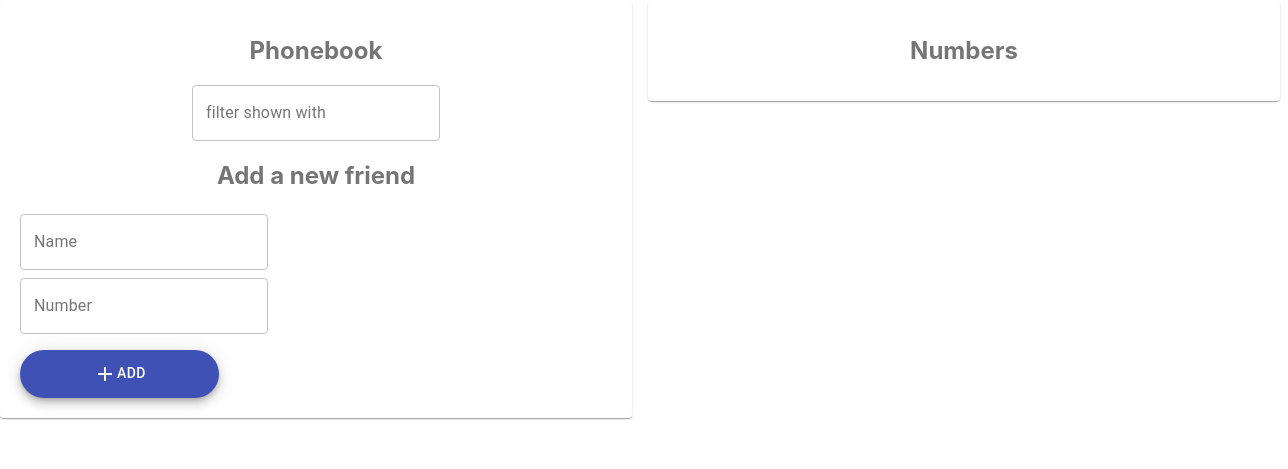
Repository: StacyLafume/phone-book
Page: / (app in phone-book/)
These files come from the project's save history. The page is drawn as it stood at one moment and after the next save; the edit follows.
The browser window is 1280 px wide. The page is 1288 px wide, then 1280 px, so the pictures cover 1288 px, including what lies to the right of the window. The pictures show the whole page.
The page's requests for data from a server got no answer. The project was rebuilt for these pictures with package versions that can differ from the ones it lists, and the page was loaded fresh each time. No one was signed in, and anything a server would have sent is missing. Also part of the build but not shown: phone-book/src/PhoneBook.js.

Above is the page before, as saved 2021-04-01 17:43:01.

### phone-book/src/App.js
import React, { useState, useEffect } from "react";
// importing a modual personsService
import personsService from "./Service/person";
import Filter from "./Filter";
import Notification from "./Notification";
import PersonForm from "./PersonForm";
import PhoneBook from "./PhoneBook";
import { makeStyles } from '@material-ui/core/styles';
import Paper from '@material-ui/core/Paper';
import Grid from '@material-ui/core/Grid';


const App = () => {
  const [persons, setPersons] = useState([]);
  const [newName, setNewName] = useState("");
  const [newNumber, setNewNumber] = useState("");
  const [showFilter, setshowFilter] = useState("");
  const [notification, setNotification] = useState(null);
  const [success, setSuccess] = useState(null);

  const useStyles = makeStyles((theme) => ({
    root: {
      flexGrow: 1,
    },
    paper: {
      padding: theme.spacing(2),
      justifyItems: 'center',
      color: theme.palette.text.secondary,
    },
  }));

  // show data on the screen
  useEffect(() => {
    personsService
      .getAll()
      .then(response => {
        setPersons(response);
      })
      .catch(error => showMessage("Could not retrieve data", false));
  }, []);

  const addNewName = e => {
    e.preventDefault();
    const personObject = {
      name: newName,
      number: newNumber
    };

    //console.log('persons.some(e => e.name === newName)',persons.some(e => e.name === newName))

    // if name is already in phone book return true and alert user
    if (persons.some(e => e.name === newName)) {

      // first name equal to that name
      let personId = persons.find(item => item.name === newName);

      // assigning whats in person obj to person id to update the entry
      let updatedEntry = Object.assign(personId, personObject);

      // alert the user  to update name  and / or  number
      if (
        window.confirm(
          `Do you want to update ${newName} with number ${newNumber}?`
        )
      ) {
        // based on the condition it will make put request to update
        personsService
          .update(personId.id, personObject)
          .then(() => {
            setPersons(
              // map through persons check if name is equal to new name
              //and either return updatedEntry or item
              persons.map(item => (item.name === newName ? updatedEntry : item))
            );
            // reset inputs
            setNewName("");
            setNewNumber("");
            // alert user of the changes
            showMessage(`User ${newName} phone number updated`);
          })
          .catch(error => {
            showMessage(
              `Update failed. User ${newName} has already been removed from the phone book.`,
              false
            );
            setPersons(persons.filter(n => n.name !== newName));
          });
      }
    } else {
      // if number is already in phone book return true and alert user
      if (persons.some(e => e.number === newNumber)) {
        showMessage(`# ${newNumber} is already in the phone book.`, false);
      } else {
        // check if inputs are empty and set show message
        if (newName === "" || newNumber === "") {
          showMessage(`The name and number must not be empty`, false);
        } else {
          // add personObject to the data base
          personsService
            .create(personObject)
            .then(returnedPerson => {
              setPersons(persons.concat(returnedPerson));
              // reset inputs
              setNewName("");
              setNewNumber("");
              // alert user
              showMessage(`User ${newName} has been added to the phone book`);
            })
            .catch(error => {
              console.log(error.response.data.error)
              return showMessage(
                `Failed to add number. More about error: ${error.response.data.error
                }`,
                false
              );
            });
          // make a get requests of updated data
          personsService
            .getAll()
            .then(response => {
              setPersons(response);
            })
            .catch(error => showMessage("Could not retrieve data", false));
        }
      }
    }
  };

  const removeEntry = person => {
    // if user clicks yes to remove
    if (window.confirm(`Remove ${person.name}?`)) {
      // call delete request with id that needs to be deleted
      personsService
        .remove(person.id)
        .then(() => {
          // setPerson to filtered array of every preson but the deleted person
          setPersons(persons.filter(item => item.id !== person.id));
          showMessage(`${person.name} has been removed from the phone book`);
        })
        .catch(error => {
          showMessage(
            `Removal failed. User ${person.name
            } has already been removed from the phone book.`,
            false
          );
          // make a get requests of updated data
          personsService
            .getAll()
            .then(response => {
              setPersons(response);
            })
            .catch(error => showMessage("Could not retrieve data", false));
        });
    }
  };

  // tracking values in the name input
  const handleNameChange = e => {
    // console.log(e.target.value);
    setNewName(e.target.value);
  };

  // tracking values in the number input
  const handleNumberChange = e => {
    setNewNumber(e.target.value);
  };

  const showMessage = (message, successNotification = true) => {
    // sets notication based on the true or false given by the condiyion it was called in
    setNotification(message);
    // boolean value if the rquest was successful or not
    setSuccess(successNotification);

    // the notificatio will stay on browser for 3 sec
    setTimeout(() => {
      setNotification(null);
      setSuccess(null);
    }, 3000);
  };

  const classes = useStyles();
  return (

    <div className={classes.root}>
      <Grid container spacing={2}>
        <Grid item xs={6}>
        <Paper className={classes.paper}>
          <h2>Phonebook</h2>
          <Notification notification={notification} success={success} />
          <Filter showFilter={showFilter} setshowFilter={setshowFilter} />
          <h2>Add a new friend</h2>
          <PersonForm
            addNewName={addNewName}
            newName={newName}
            handleNameChange={handleNameChange}
            handleNumberChange={handleNumberChange}
          />
          </Paper>

        </Grid>
        <Grid item xs={6}>
        <Paper className={classes.paper}>
          <h2>Numbers</h2>
          <ul>
            <PhoneBook
              persons={persons}
              showFilter={showFilter}
              removeEntry={removeEntry}
            />
          </ul>
          </Paper>
        </Grid>
      </Grid>
    </div>
  );
};

export default App;

### phone-book/src/Service/person.js
import axios from "axios";

//const baseUrl = "http://localhost:3003/persons";
const baseUrl = 'api/persons';

// get rquest for all of json datas
const getAll = () => {
  const request = axios.get(baseUrl);
  return request.then(response => response.data);
};

// post request to add new entry
const create = newObject => {
  const request = axios.post(baseUrl, newObject);
  return request.then(response => response.data)
};

// put request to update json db
const update = (id, newObject) => {
  const request = axios.put(`${baseUrl}/${id}`, newObject);
  return request.then(response => response.data);
};

// delete request to delete from json data base
const remove = id => {
  const request = axios.delete(`${baseUrl}/${id}`);
  return request.then(response => response.data);
};


// exporting all of the functions
export default {
  getAll: getAll,
  create: create,
  update: update,
  remove: remove
};

### phone-book/src/Filter.js
import React from "react";
import { makeStyles } from '@material-ui/core/styles';
import TextField from '@material-ui/core/TextField';

const Filter = ({ showFilter, setshowFilter }) => {
  const useStyles = makeStyles((theme) => ({
    root: {
      '& > *': {
        margin: theme.spacing(1),
        width: '25ch',
      },
    },
  }));
  const classes = useStyles();
  const filterPersons = e => {
    setshowFilter(e.target.value);
  };

  return (
    <div>
      <TextField id="outlined-basic" value={showFilter} label="filter shown with" variant="outlined"onChange={filterPersons} />
    </div>
  );
};

export default Filter;

### phone-book/src/Notification.js
import React from "react";

const Notification = ({ notification, success }) => {
  // console.log(notification);
  // console.log(success);

  // if there is no notification return null
  if (notification === null) {
    return null;
  }

  // if success renders the paticular (inLine) style
  if (success)
    return (
      <div className="success" style={styles.success}>
        {notification}
      </div>
    );
  else
    return (
      <div className="success" style={styles.fail}>
        {notification}
      </div>
    );
};

var styles = {
  success: {
    color: "green",
    background: "white",
    fontSize: 20,
    borderStyle: "solid",
    borderRadius: 5,
    padding: 10,
    marginBottom: 10
  },
  fail: {
    color: "red",
    background: "white",
    fontSize: 20,
    borderStyle: "solid",
    borderRadius: 5,
    padding: 10,
    marginBottom: 10
  }
};

export default Notification;

### phone-book/src/PersonForm.js
import React from "react";
import { makeStyles } from '@material-ui/core/styles';
import TextField from '@material-ui/core/TextField';
import Grid from '@material-ui/core/Grid';
import Fab from '@material-ui/core/Fab';
import AddIcon from '@material-ui/icons/Add';



const PersonForm = ({
  newName,
  newNumber,
  addNewName,
  handleNameChange,
  handleNumberChange
}) => {
  const useStyles = makeStyles((theme) => ({
    root: {
      '& > *': {
        margin: theme.spacing(1),
        width: '25ch',
      },
    },
    press: {
      margin: {
        margin: theme.spacing(1),
      },
      extendedIcon: {
        marginRight: theme.spacing(1),
      },
    }
  }));
  const classes = useStyles();
  return (
    <Grid container spacing={1}>
      <form onSubmit={addNewName} className={classes.root} noValidate autoComplete="off">

        {/* calls the function tracking values in the name input */}
        {/* name: <input value={newName} onChange={handleNameChange} /> */}
        <Grid item xs={12}>
        <TextField id="outlined-basic" label="Name" value={newName} onChange={handleNameChange} variant="outlined" />
        </Grid>
        <Grid  xs={12}>
        {/* calls the function tracking values in the number input */}
        <TextField id="outlined-basic" value={newNumber} onChange={handleNumberChange} label="Number" variant="outlined" />
        </Grid>
        {/* calls the create request to add name and number */}
        <Fab variant="extended" color="primary" aria-label="add" className={classes.margin} type="submit">
          <AddIcon className={classes.extendedIcon} />
         Add
        </Fab>
      </form>
      </Grid>

  );
};


export default PersonForm;

Loaded but not shown: phone-book/public/index.html (common file); phone-book/src/index.js (common file); phone-book/src/index.css (common file)

After the next save:
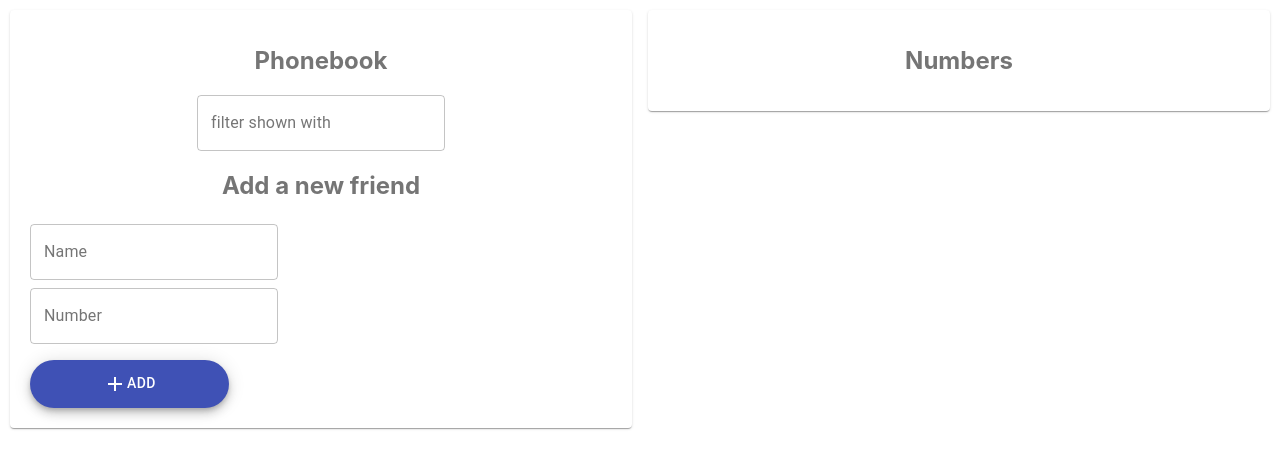
Saved 23 s later.
--- a/phone-book/src/App.js
+++ b/phone-book/src/App.js
@@ -21,6 +21,7 @@ const App = () => {
   const useStyles = makeStyles((theme) => ({
     root: {
       flexGrow: 1,
+      margin: 10
     },
     paper: {
       padding: theme.spacing(2),
